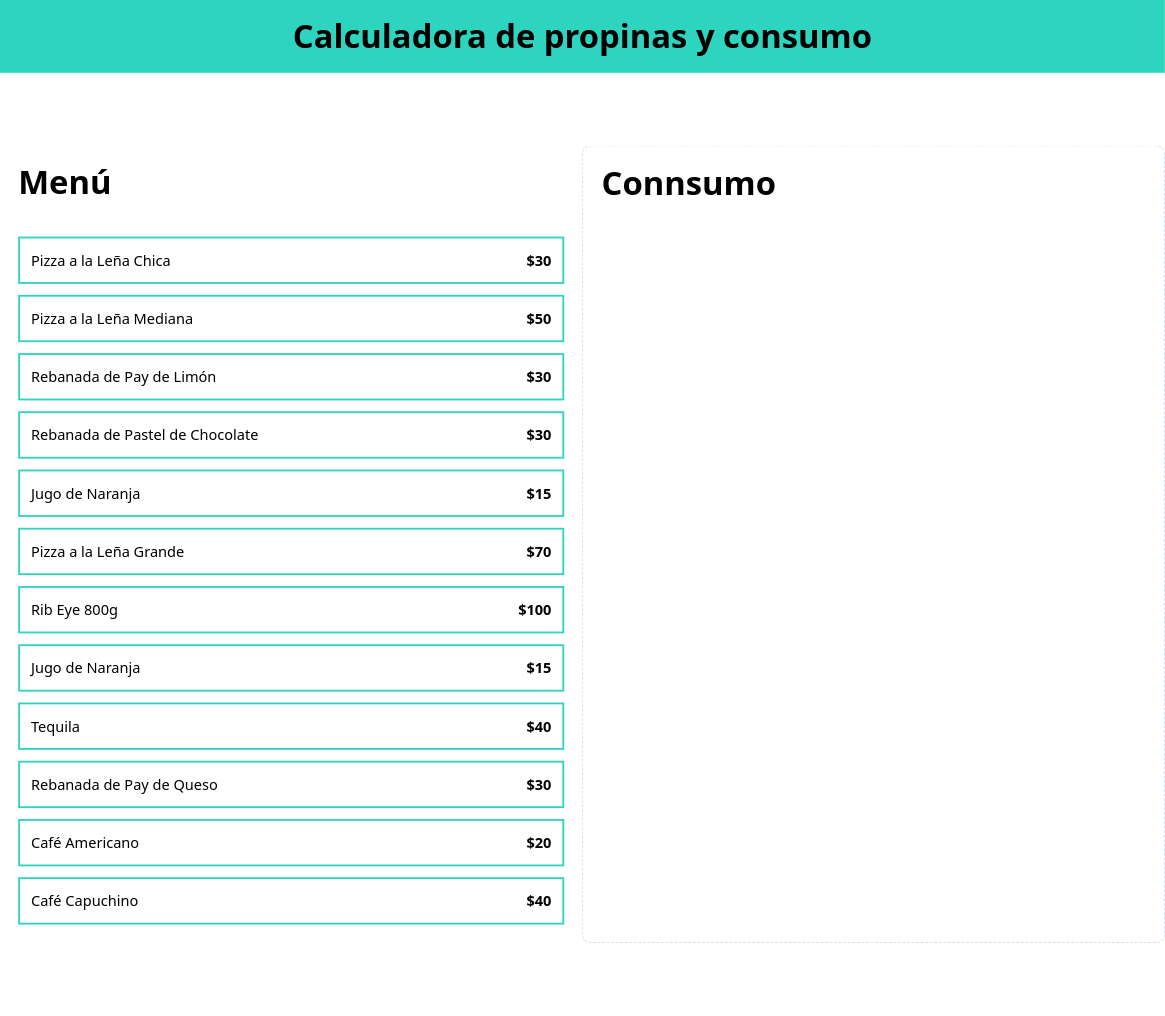
Repository: Samuel-Leal96/calculador_propinas
Page: /
An editor plug-in stored every save of this project. The page is shown before and after the next save, followed by the edit.
The browser window is 1280 px wide. The pictures show the whole page, at 91% of full size.
The project was rebuilt for these pictures with package versions that can differ from the ones it lists, and the page was loaded fresh each time. Also part of the build but not shown: vite.config.ts.

Above is the page before, as saved 2025-10-20 18:16:02.

### index.html
<!doctype html>
<html lang="en">
  <head>
    <meta charset="UTF-8" />
    <link rel="icon" type="image/svg+xml" href="/vite.svg" />
    <meta name="viewport" content="width=device-width, initial-scale=1.0" />
    <title>calculaora_propinas</title>
  </head>
  <body>
    <div id="root"></div>
    <script type="module" src="/src/main.tsx"></script>
  </body>
</html>

### src/App.tsx
import MenuItem from "./components/MenuItem";
import OrderContents from "./components/OrderContents";
import { menuItems } from "./data/db";
import useOrder from "./hooks/useOrder";

function App() {

  const { order, addItem } = useOrder();

  return (
    <>
      <header className="bg-teal-400 p-5">
        <h1 className="text-center text-4xl font-black">Calculadora de propinas y consumo</h1>
      </header>

      <main className="max-w-7xl mx-auto py-20 grid md:grid-cols-2">
        <div className="p-5">
          <h2 className="text-4xl font-black">Menú</h2>

          <div className="space-y-3 mt-10">
            {menuItems.map((item) => (
              <MenuItem
                key={item.id}
                item={item}
                addItem={addItem}
              />
            ))}
          </div>

        </div>

        <div className="border border-dashed border-slate-300 p-5 rounded-lg space-y-10">
            <OrderContents
              order={order}
            />
        </div>

      </main>
    </>
  )
}

export default App

### src/components/MenuItem.tsx
import type { MenuItem } from "../types";

type MenuItemProps = {
    item: MenuItem;
    addItem: (item: MenuItem) => void;
}

export default function MenuItem({ item, addItem }: MenuItemProps) {

    return (
        <button
            className="border-2 border-teal-400 hover:bg-teal-200 w-full p-3 flex justify-between items-center"
            onClick={ () => addItem(item) }
        >
            <p>{item.name}</p>
            <p className="font-black">${item.price}</p>
        </button>
    )
}

### src/components/OrderContents.tsx
import type { OrderItem } from "../types"

type OrderContentsProps = {
    order: OrderItem[]
}

export default function OrderContents({order}: OrderContentsProps) {
  return (
    <div>
        <h2 className='font-black text-4xl'>Connsumo</h2>

        <div className="space-y-3 mt-5">

        </div>
    </div>
  )
}

### src/data/db.ts
import type { MenuItem } from "../types";

export const menuItems: MenuItem[] = [
    {
      "id": 1,
      "name": "Pizza a la Leña Chica",
      "price": 30
    },
    {
      "id": 2,
      "name": "Pizza a la Leña Mediana",
      "price": 50
    },
    {
      "id": 3,
      "name": "Rebanada de Pay de Limón",
      "price": 30
    },
    {
      "id": 4,
      "name": "Rebanada de Pastel de Chocolate",
      "price": 30
    },
    {
      "id": 5,
      "name": "Jugo de Naranja",
      "price": 15
    },
    {
      "id": 6,
      "name": "Pizza a la Leña Grande",
      "price": 70
    },
    {
      "id": 7,
      "name": "Rib Eye 800g",
      "price": 100
    },
    {
      "id": 8,
      "name": "Jugo de Naranja",
      "price": 15
    },
    {
      "id": 9,
      "name": "Tequila",
      "price": 40
    },
    {
      "id": 10,
      "name": "Rebanada de Pay de Queso",
      "price": 30
    },
    {
      "id": 11,
      "name": "Café Americano",
      "price": 20
    },
    {
      "id": 12,
      "name": "Café Capuchino",
      "price": 40
    }
]

### src/hooks/useOrder.ts
import { useState } from "react";
import type { MenuItem, OrderItem } from "../types";

export default function useOrder() {
    const [order, setOrder] = useState<OrderItem[]>([]);

    const addItem = (item: MenuItem) => {

        const itemExists = order.find((orderItem) => orderItem.id === item.id);

        if(itemExists) {
            const updateOrder = order.map( orderItem => orderItem.id === item.id ?
                 {...orderItem, quantity: orderItem.quantity + 1} : orderItem );
                setOrder(updateOrder);
        }else{
            const newItem = { ...item, quantity: 1 }
            setOrder([...order, newItem]);
        }

    }

    return {
        order,
        addItem
    }
}

Loaded but not shown: src/main.tsx (common file); src/index.css (common file); tailwind.config.js (common file)

After the next save:
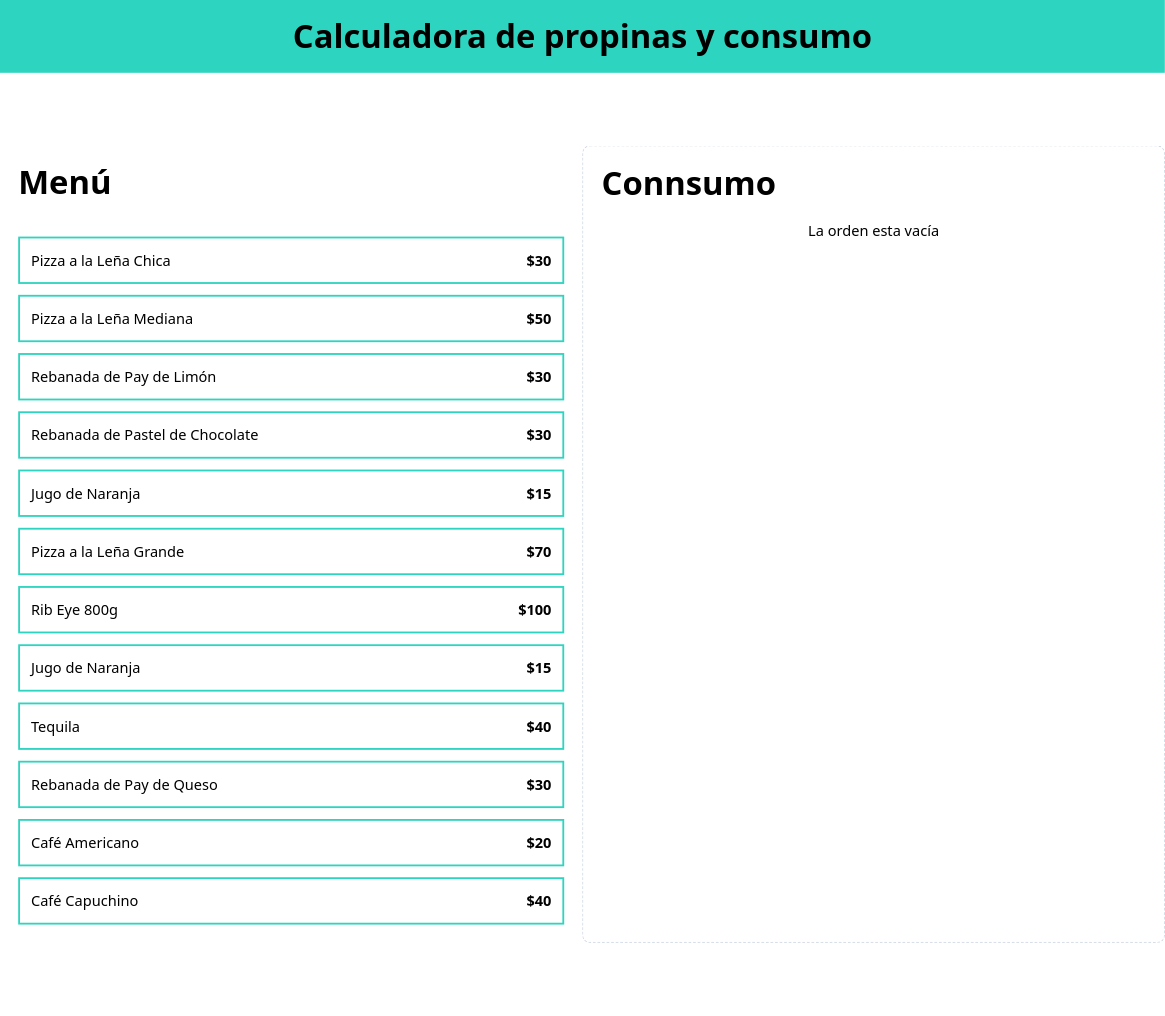
Saved 115 s later.
--- a/src/components/OrderContents.tsx
+++ b/src/components/OrderContents.tsx
@@ -4,14 +4,18 @@
     order: OrderItem[]
 }
 
-export default function OrderContents({order}: OrderContentsProps) {
-  return (
-    <div>
-        <h2 className='font-black text-4xl'>Connsumo</h2>
+export default function OrderContents({ order }: OrderContentsProps) {
+    return (
+        <div>
+            <h2 className='font-black text-4xl'>Connsumo</h2>
 
-        <div className="space-y-3 mt-5">
-
+            <div className="space-y-3 mt-5">
+                {order.length === 0 ?
+                    <p className="text-center">La orden esta vacía</p>
+                    :
+                    <p className="text-center">La orden tiene algo</p>
+                }
+            </div>
         </div>
-    </div>
-  )
+    )
 }
